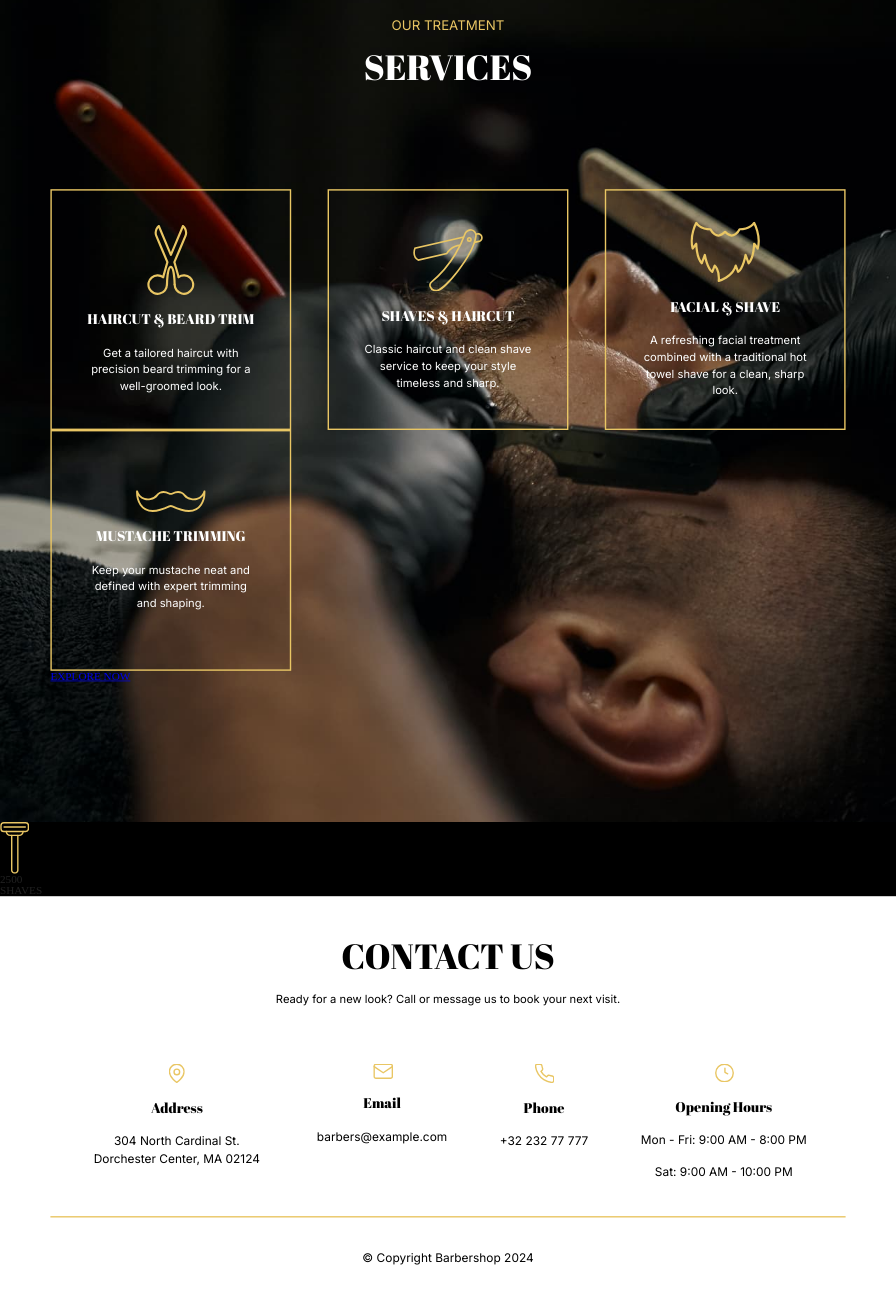
Repository: BogdanLazebnika/barbershop
Page: http://localhost/
An editor plug-in stored every save of this project. The page is shown before and after a run of saves, followed by the edit.
The browser window is 1280 px wide. The pictures show the part of the page from y = 996 to 2916 px (the page is 2866 px tall before and 2916 px after), at 70% of full size.
The page is run by PHP 8.4 with error messages shown; the project is at /var/www/html/.

Above is the page before, as saved 2025-07-16 23:31:22.

After the next 2 saves:
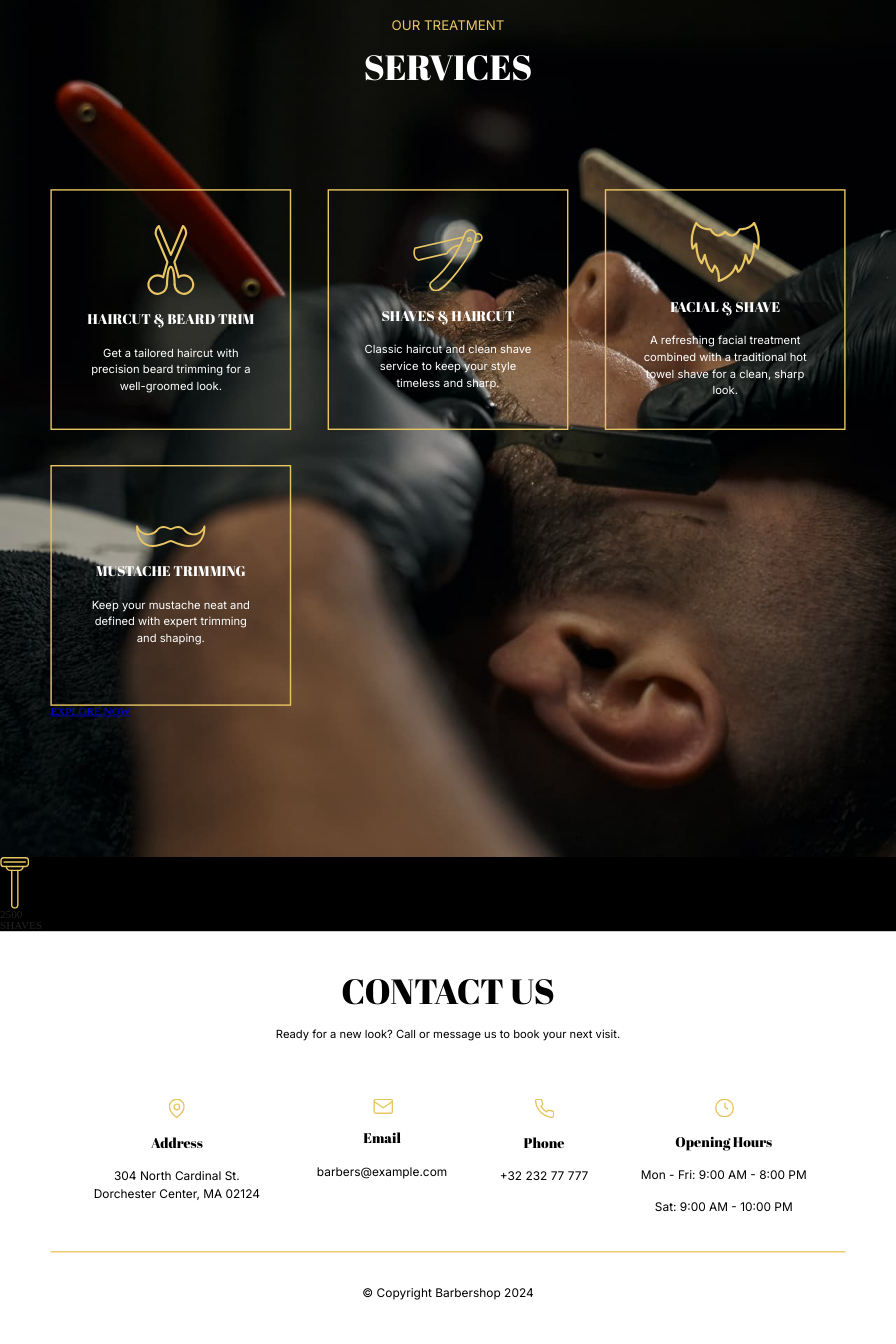
The 2 saves are shown as one change because they came seconds apart.
The last was saved 7 s later.
--- a/assets/css/index.css
+++ b/assets/css/index.css
@@ -82,7 +82,7 @@
     display: flex;
     justify-content: space-between;
     flex-wrap: wrap;
-    s
+    gap: 50px;
 }
 .service-item{
     display: flex;
